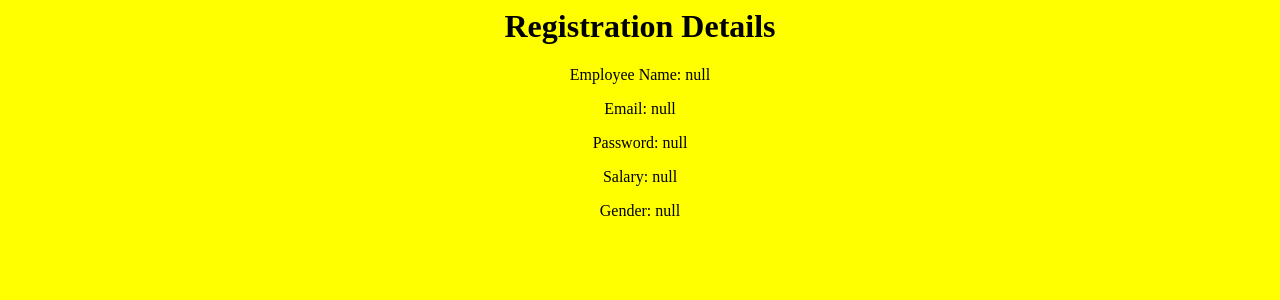
Repository: Ranjith-Kondra/FSD57_MODULE3
Page: http://localhost/EmpWebApp/RegisterServlet
The author's editor kept a copy of each file at every save. The page is drawn from the files as they stood at one save, then again after a run of saves.
The browser window is 1280 px wide. The pictures show the whole page.
The page is served by Tomcat 9.

Above is the page before, as saved 2024-01-04 05:31:24.

After the next 2 saves:
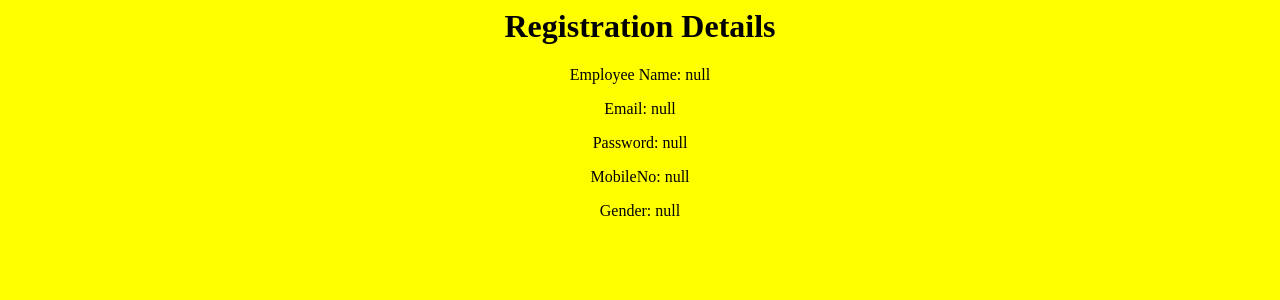
The 2 saves are shown as one change because 1 did not build or start.
The last was saved 51 s later.
--- a/AdvJava/WorkSpace2/EmpWebApp/src/com/web/RegisterServlet.java
+++ b/AdvJava/WorkSpace2/EmpWebApp/src/com/web/RegisterServlet.java
@@ -21,7 +21,7 @@ public class RegisterServlet extends HttpServlet {
 	        String ename = request.getParameter("EmployeeName");
 	        String email = request.getParameter("EmployeeEmailid");
 	        String password = request.getParameter("Password");
-	        String salary = request.getParameter("Salary");
+	        String MobileNo = request.getParameter("MobileNo");
 	        String gender = request.getParameter("Gender");
 
 	        out.println("<html>");
@@ -32,7 +32,7 @@ public class RegisterServlet extends HttpServlet {
 	        out.println("<p>Employee Name: " + ename + "</p>");
 	        out.println("<p>Email: " + email + "</p>");
 	        out.println("<p>Password: " + password + "</p>");
-	        out.println("<p>Salary: " + salary + "</p>");
+	        out.println("<p>MobileNo: " + MobileNo + "</p>");
 	        out.println("<p>Gender: " + gender + "</p>");
 	        out.println("</center>");
 	        out.println("</body>");
